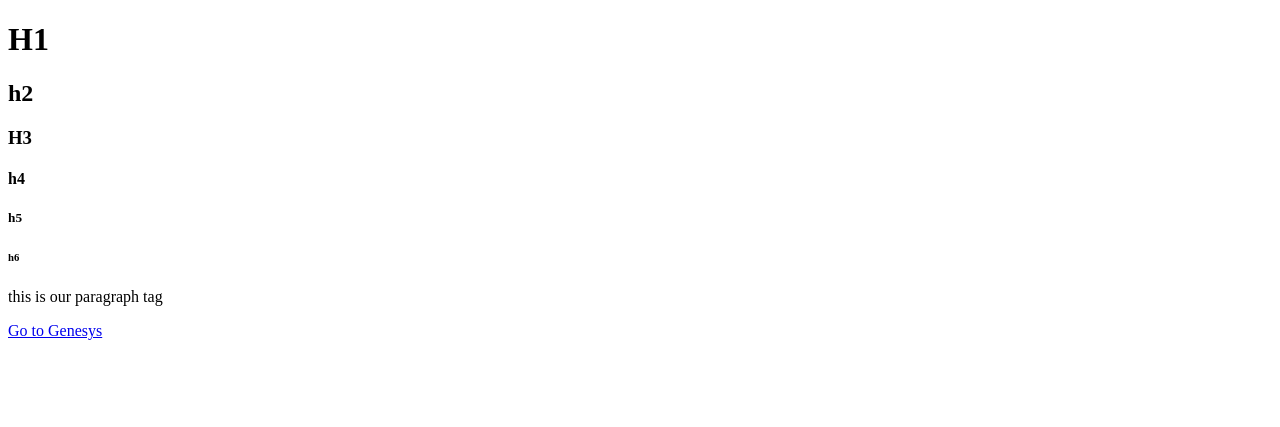
Repository: Ifenna-Pascal/firstRepo
Page: index.html
These files come from the project's save history. The page is drawn as it stood at one moment and after the next save; the edit follows.
The browser window is 1280 px wide. The pictures show the whole page.

Above is the page before, as saved 2023-07-14 12:16:06.

### index.html
<!DOCTYPE html>
<html lang="eng">
<head>
<title>Codeville</title>
<meta name="description" content="this is an introduction page site">
<link rel="stylesheet" href="./about/about.css">
<style>
</style>
</head>
<body>
    <!-- THESE ARE OUR HEADER TAGS H1-H6 -->
    <h1>H1</h1>
    <h2>h2</h2>
    <h3>H3</h3>
    <h4>h4</h4>
    <h5>h5</h5>
    <h6>h6</h6>
    <!-- THIS IS OUR PARAGRAPH TAG -->
    <p>this is our paragraph tag</p>
    <!-- <article>
        Lorem ipsum dolor sit amet, consectetur adipisicing elit. Deserunt enim,
         soluta qui quaerat sapiente hic quisquam incidunt molestias cupiditate
         ipsa ad animi, officiis in. Dolores, possimus? Tempore ducimus voluptas
          tenetur pariatur iusto dolores necessitatibus magnam consectetur facere
           voluptate, esse ipsa nemo unde fugiat neque cumque rem quia sunt quas ea a debitis totam natus ipsam. Voluptas sapiente sint
            accusantium laboriosam, ipsa, maxime excepturi possimus harum ducimus quo quia soluta facilis molestiae perspiciatis delectus consectetur ratione
            <h1> dolores. Veniam molestias voluptates</h1> quod rerum labore reprehenderit laborum voluptatem, sint harum id sit nulla, omnis alias earum ab ex, temporibus accusamus est consequatur quibusdam vero assumenda? Sit perferendis optio ex. Optio praesentium illo quas commod
             i tempore adipisci aliquid numquam. Dicta nulla quibusdam provident quis voluptates dolorem ipsa rem ab ratione omnis aspernatur odit reiciendis labore fuga distinctio, porro incidunt quidem necessitatibus, doloremque numquam molestias cumque sit delectus. Optio perspiciatis voluptas quos vel dignissimos, tenetur, dicta corporis minus, accusantium in ipsam eaque sit minima commodi reprehenderit incidunt nulla quas rem nam officiis. Beatae inventore
             ea ex cumque nam exercitationem fuga aliquid cum! Voluptatum voluptate optio tempora accusantium numquam temporibus similique ullam at nesciunt facere harum, omnis, modi dolore
              necessitatibus, sed nihil doloremque odio eum quo.
    </article> -->
    <!-- <div>
        Lorem ipsum dolor sit amet, consectetur adipisicing elit. Qui eveniet minus est iste, nisi atque ipsum aliquam saepe provident iure molestias ea? Commodi quod culpa consequatur! Dolor enim atque vero?
    </div>
    <section id="sectionOne">
        <span id="spanOne">Lorem ipsum dolor sit, amet consectetur adipisicing elit. Ipsum, consequuntur.t</span>
        <span>Lorem ipsum <b>dolor</b> sit amet consectetur.</span>
    </section> -->
    <a href="https://www.genesystechhub.com/" title="Linkk" target="_blank">Go to Genesys</a>

</body>
</html>

Loaded but not shown: about/about.css (no stored copy; drawn as an empty file)

After the next save:
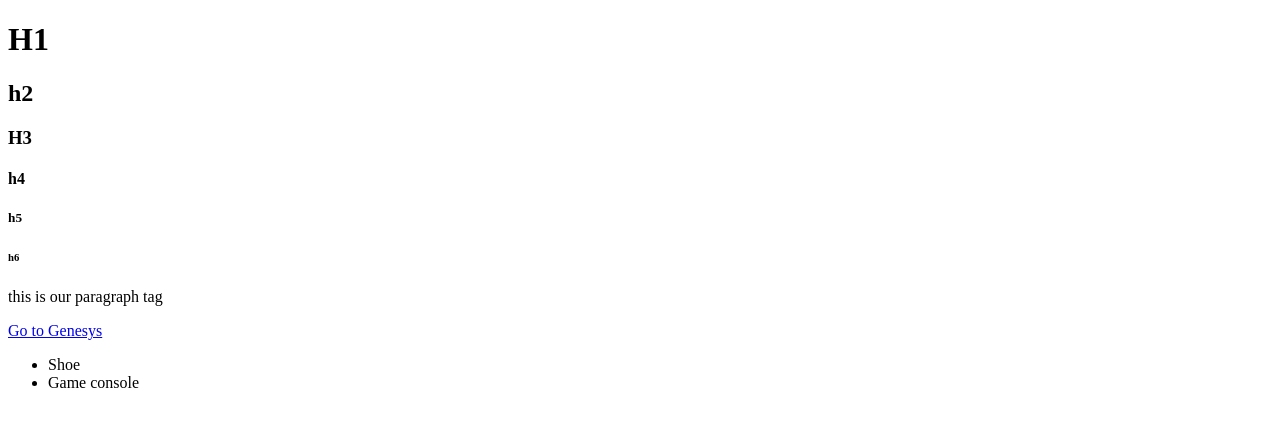
Saved 106 s later.
--- a/index.html
+++ b/index.html
@@ -37,6 +37,9 @@
         <span>Lorem ipsum <b>dolor</b> sit amet consectetur.</span>
     </section> -->
     <a href="https://www.genesystechhub.com/" title="Linkk" target="_blank">Go to Genesys</a>
-
+    <ul>
+        <li>Shoe</li>
+        <li>Game console</li>
+    </ul>
 </body>
 </html>
